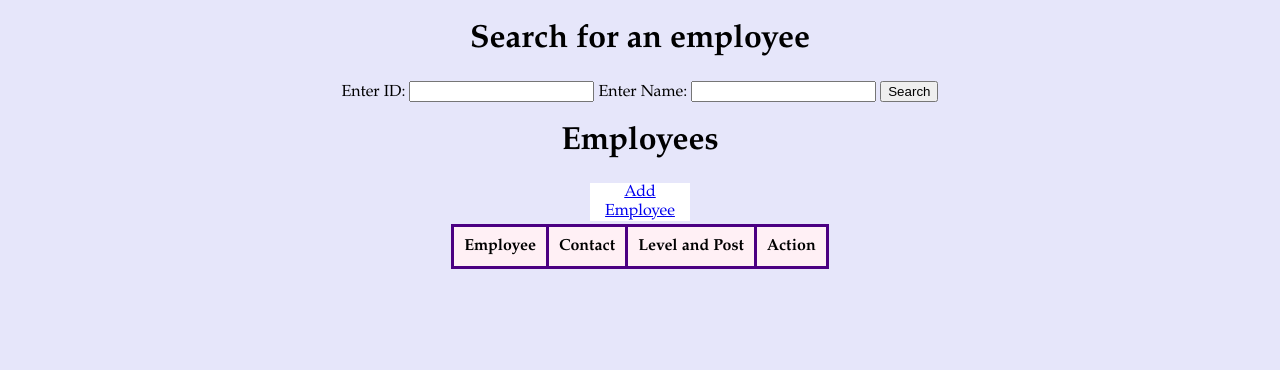
Repository: P9-Analyst-Java/employee-management-abhishekdatta12
Page: http://localhost/spring-expense-tracker/WEB-INF/views/home.jsp
The author's editor kept a copy of each file at every save. The page is drawn from the files as they stood at one save, then again after the next save.
The browser window is 1280 px wide. The pictures show the whole page.
The page is served by Tomcat 9. Nobody is signed in. The template is opened directly, without the code that normally fills it, so the values that code supplies are empty.

Above is the page before, as saved 2023-02-21 05:26:57.

After the next save:
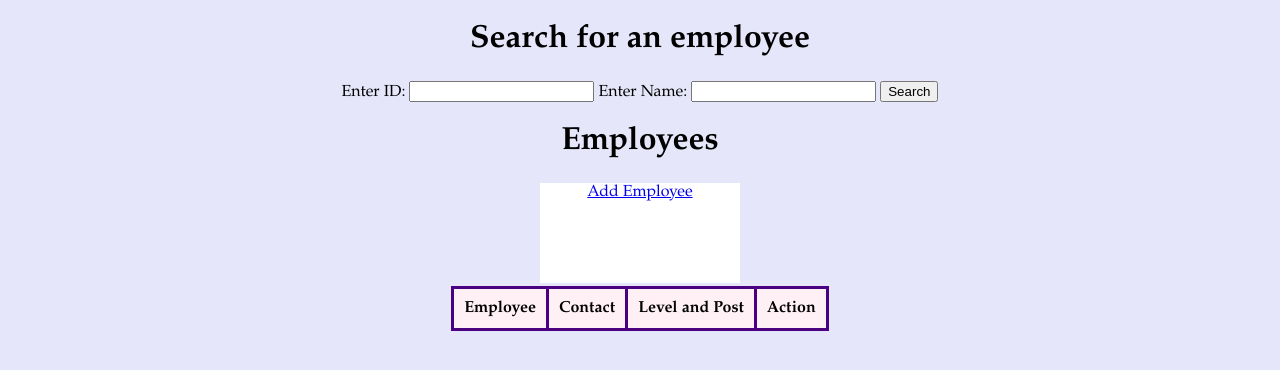
Saved 80 s later.
--- a/spring-portal/spring-expense-tracker/src/main/webapp/WEB-INF/views/home.jsp
+++ b/spring-portal/spring-expense-tracker/src/main/webapp/WEB-INF/views/home.jsp
@@ -17,7 +17,8 @@ div{
 	background-color: white;
 	margin-left: auto;
   	margin-right: auto;
-  	width: 100px;
+  	width: 200px;
+  	height: 100px;
 
 }
 
